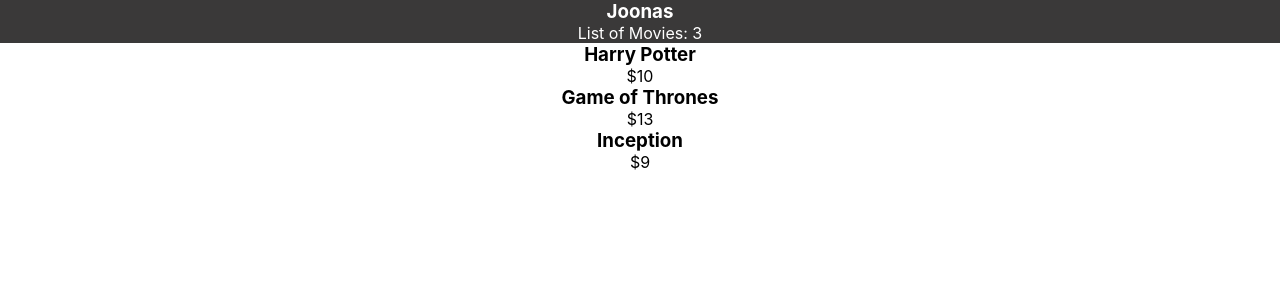
Repository: SubmergedSnake/react-usecontext
Page: /
These files come from the project's save history. The page is drawn as it stood at one moment and after the next save; the edit follows.
The browser window is 1280 px wide. The pictures show the whole page.
The project was rebuilt for these pictures with package versions that can differ from the ones it lists, and the page was loaded fresh each time.

Above is the page before, as saved 2020-11-21 18:59:55.

### src/App.js
import logo from './logo.svg';
import './App.css';
import MovieList from './MovieList';
import Nav from './Nav';
import {MovieProvider} from './MovieContext';
import AddMovie from './AddMovie';

function App() {
  return (
    <MovieProvider>
    <div className="App">
      <Nav />
      <MovieList />
    </div>
    </MovieProvider>
  );
}

export default App;

### src/MovieList.js
import React, { useState, useContext} from 'react';
import Movie from './Movie';
import {MovieContext} from './MovieContext';

const listStyle = {
}

const MovieList = () => {
const [movies, setMovies] = useContext(MovieContext);
    return (
        <div style={listStyle}>
            {movies.map(movie => (
                <Movie
                name={movie.name}
                price={movie.price}
                key={movie.id}
            />
            ))}
        </div>
    );

}

export default MovieList;

### src/Nav.js
import React, {useContext} from 'react';
import {MovieContext} from './MovieContext';

const navStyle = {
    background: '#3A3939',
    color: 'white'
  };


const Nav = ({name, price}) => {
    const [movies, setMovies] = useContext(MovieContext);
    return(
        <div style={navStyle}>
            <h3>Joonas</h3>
    <p>List of Movies: {movies.length}</p>
        </div>
    )
}

export default Nav;

### src/MovieContext.js
import React, { useState, createContext } from 'react';

export const MovieContext = createContext();

export const MovieProvider = props => {
    const [movies, setMovies] = useState([
        {
            name: 'Harry Potter',
            price: '$10',
            id: 23124
        },
        {
            name: 'Game of Thrones',
            price: '$13',
            id: 223324
        },
        {
            name: 'Inception',
            price: '$9',
            id: 2312474
        }
    ]);

    return (
        <MovieContext.Provider value={[movies, setMovies]}>
            {props.children}
        </MovieContext.Provider>
    );
}

### src/Movie.js
import React from 'react';

const Movie = ({name, price}) => {
    return(
        <div>
            <h3>{name}</h3>
    <p>{price}</p>
        </div>
    )
}

export default Movie;

### src/AddMovie.js
import React, {useState} from 'react';

const AddMovie = () => {
    const [name, setName] = useState('');
    const [price, setPrice] = useState('');

    const updateName = (e) => {
        setName(e.target.value);
    }

    const updatePrice = (e) => {
        setPrice(e.target.value);
    }

    const addMovie = e => {
        e.preventDefault();

    }

    return(
        <form>
            <input type="text" name="name" value={name} onChange={updateName}/>
            <input type="text" name="price" value={price} onChange={updatePrice} />
            <button>Submit</button>
        </form>
    );
}

export default AddMovie;

Loaded but not shown: public/index.html (common file); src/index.js (common file); src/index.css (common file); src/reportWebVitals.js (common file); src/App.css (common file)

After the next save:
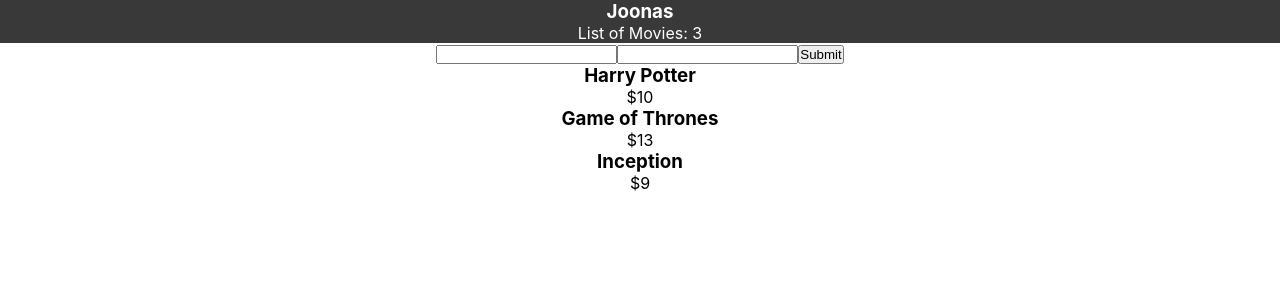
Saved 19 s later.
--- a/src/App.js
+++ b/src/App.js
@@ -10,6 +10,7 @@
     <MovieProvider>
     <div className="App">
       <Nav />
+      <AddMovie />
       <MovieList />
     </div>
     </MovieProvider>
